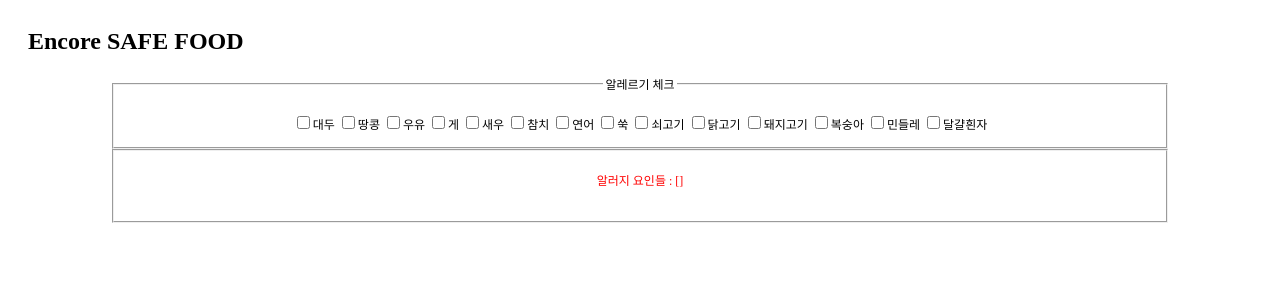
Repository: KangHoi/encore_vueWorkspace
Page: vue03_Event/WebContent/vue03_safefood.html
An editor plug-in stored every save of this project. The page is shown before and after the next save, followed by the edit.
The browser window is 1280 px wide. The pictures show the whole page.

Above is the page before, as saved 2021-07-12 01:30:45.

### vue03_Event/WebContent/vue03_safefood.html
<!DOCTYPE html>
<html>
<head>
<meta charset="UTF-8">
<title>Insert title here</title>
<style type="text/css">
	#second>h2{margin: auto; padding: 20px;}
	#checkboxArea1{width: 80%; height: 30px; margin: auto; padding: 20px;
					text-align: center; font-size: 12px;
	}
	#checkboxArea2{width: 80%; height: 30px; margin: auto; padding: 20px;
					text-align: center; font-size: 12px; color: red;
	}

</style>
<script src="https://cdn.jsdelivr.net/npm/vue/dist/vue.js"></script>
</head>
<body>
	<div id="second">
		<h2>Encore SAFE FOOD</h2>
	</div>
	<div id="app">
		<fieldset id="checkboxArea1">
			<legend>알레르기 체크</legend>
			<input type="checkbox" name="box" value="대두" v-model="alergen"><label>대두</label>
			<input type="checkbox" name="box" value="땅콩" v-model="alergen"><label>땅콩</label>
			<input type="checkbox" name="box" value="우유" v-model="alergen"><label>우유</label>
			<input type="checkbox" name="box" value="게" v-model="alergen"><label>게</label>
			<input type="checkbox" name="box" value="새우" v-model="alergen"><label>새우</label>
			<input type="checkbox" name="box" value="참치" v-model="alergen"><label>참치</label>
			<input type="checkbox" name="box" value="연어" v-model="alergen"><label>연어</label>
			<input type="checkbox" name="box" value="쓱" v-model="alergen"><label>쑥</label>
			<input type="checkbox" name="box" value="쇠고기" v-model="alergen"><label>쇠고기</label>
			<input type="checkbox" name="box" value="닭고기" v-model="alergen"><label>닭고기</label>
			<input type="checkbox" name="box" value="돼지고기" v-model="alergen"><label>돼지고기</label>
			<input type="checkbox" name="box" value="복숭아" v-model="alergen"><label>복숭아</label>
			<input type="checkbox" name="box" value="민들레" v-model="alergen"><label>민들레</label>
			<input type="checkbox" name="box" value="달걀흰자" v-model="alergen"><label>달걀흰자</label>
		</fieldset>


		<fieldset id="checkboxArea2">
			알러지 요인들 : <span v-html="alergen"></span>
		</fieldset>
	</div>
	<script>
		var app= new Vue({
			el: '#app',
			data: {
				alergen:[] //초기화는 []로 해야한다.
			}
		})
	</script>

</body>
</html>

After the next save:
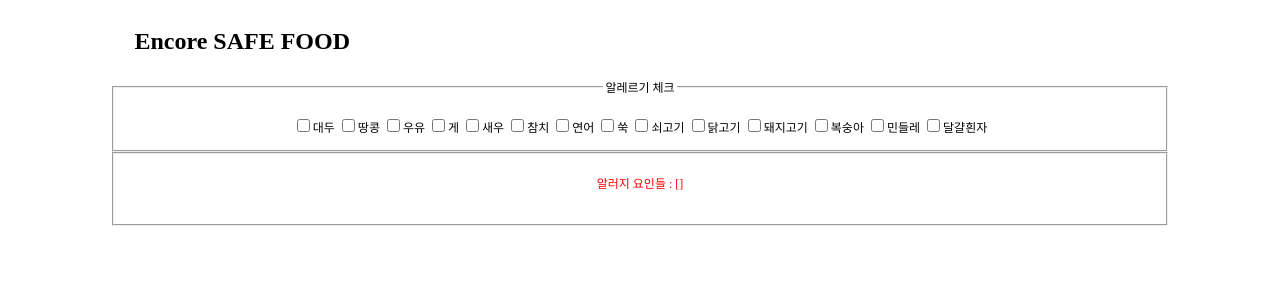
Saved 14 s later.
--- a/vue03_Event/WebContent/vue03_safefood.html
+++ b/vue03_Event/WebContent/vue03_safefood.html
@@ -4,7 +4,7 @@
 <meta charset="UTF-8">
 <title>Insert title here</title>
 <style type="text/css">
-	#second>h2{margin: auto; padding: 20px;}
+	#second>h2{width: 80%; height: 30px; margin: auto; padding: 20px;}
 	#checkboxArea1{width: 80%; height: 30px; margin: auto; padding: 20px;
 					text-align: center; font-size: 12px;
 	}
